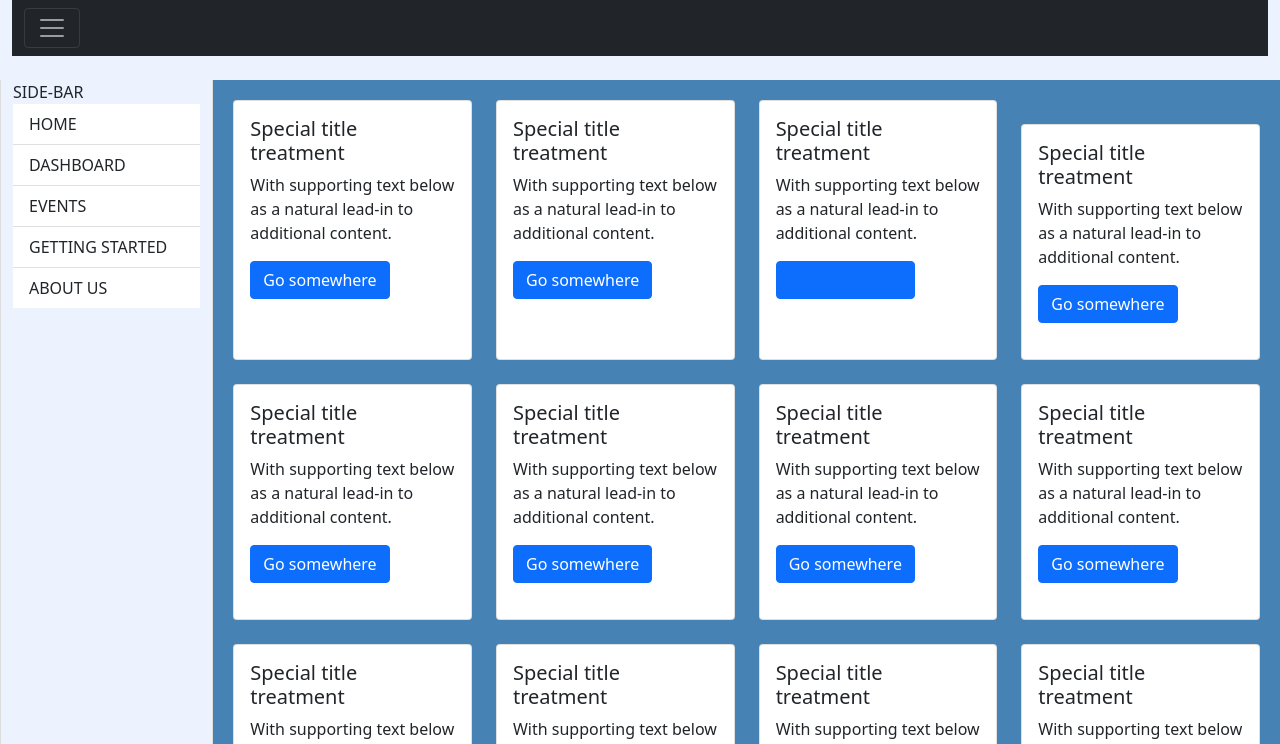
Repository: Dayvid0/BOOTSTRAP-TUTORIALS
Page: cosmos.example.html
The author's editor kept a copy of each file at every save. The page is drawn from the files as they stood at one save, then again after the next save.
The browser window is 1280 px wide. The pictures show the whole page.
An inner scrolling area shows only its first screen.

Above is the page before, as saved 2025-01-29 12:31:47.

After the next save:
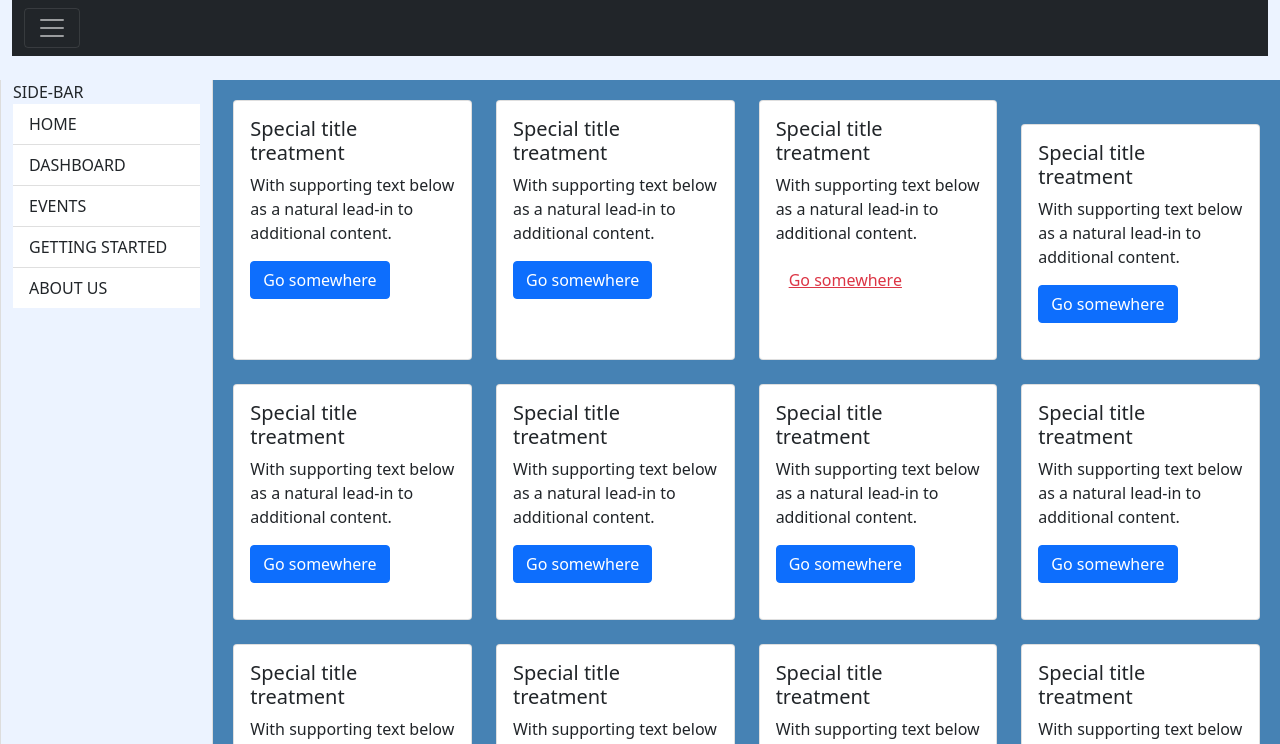
Saved 2 min 24 s later.
--- a/cosmos.example.html
+++ b/cosmos.example.html
@@ -92,7 +92,7 @@
                 <div class="card-body">
                   <h5 class="card-title">Special title treatment</h5>
                   <p class="card-text">With supporting text below as a natural lead-in to additional content.</p>
-                  <a href="#" class="btn btn-link btn-primary">Go somewhere</a>
+                  <a href="#" class="btn btn-link text-danger">Go somewhere</a>
                 </div>
               </div>
             </div>
